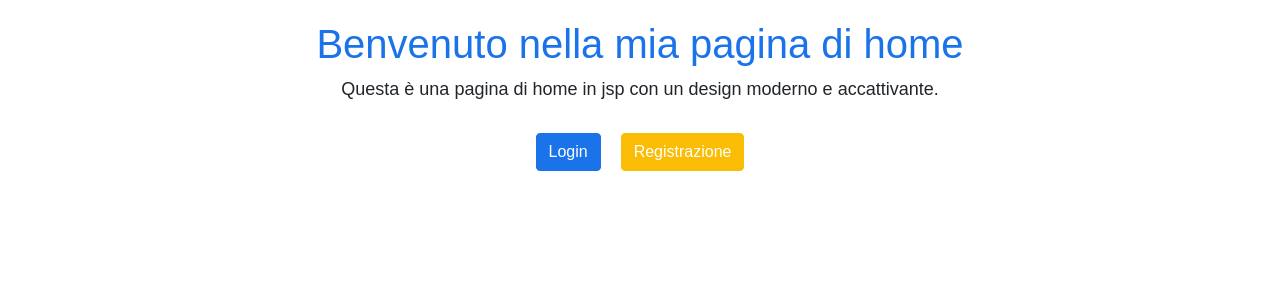
Repository: GabrielCellammare/WebApplication-SA-CyberSecurity
Page: http://localhost/WebProject-CellammareGabriel_ApplicationSecurity_/userNotLogged/index.jsp
The author's editor kept a copy of each file at every save. The page is drawn from the files as they stood at one save, then again after a run of saves.
The browser window is 1280 px wide. The pictures show the whole page.
The page is served by Tomcat 9. Nobody is signed in. The application's start-up code is not run. Other server files are loaded and not shown.

Above is the page before, as saved 2024-01-12 11:25:39.
Not found: WebProject-CellammareGabriel(ApplicationSecurity)/WebProject-CellammareGabriel_ApplicationSecurity_/userNotLogged/images

### WebProject-CellammareGabriel(ApplicationSecurity)/WebContent/userNotLogged/index.jsp
<%@ page language="java" contentType="text/html; charset=UTF-8" pageEncoding="UTF-8"%>
<!DOCTYPE html>
<html>
<head>
    <meta charset="UTF-8">
    <title>La mia pagina di home</title>
    <!-- Bootstrap CDN -->
    <link rel="stylesheet" href="https://stackpath.bootstrapcdn.com/bootstrap/4.5.2/css/bootstrap.min.css">
    <!-- Il mio file css -->
    <style><%@include file="/WEB-INF/css/style.css"%></style>
</head>
<body>
    <div class="container">
        <h1>Benvenuto nella mia pagina di home</h1>
        <p>Questa è una pagina di home in jsp con un design moderno e accattivante.</p>
        <div class="buttons">
            <a href="login.jsp" class="btn btn-primary">Login</a>
            <a href="register.jsp" class="btn btn-secondary">Registrazione</a>
        </div>
    </div>
</body>
</html>

### WebProject-CellammareGabriel(ApplicationSecurity)/WebContent/WEB-INF/css/style.css
@charset "ISO-8859-1";
/* Il mio file css */

/* Colori moderni */
:root {
    --primary-color: #1a73e8;
    --secondary-color: #fbbc05;
    --background-color: #f0f2f5;
}

/* Stili generali */
body {
    background-image: url(images/backgroundHome.png);
    /*background-size: cover; /* Cambia da 100% a cover */
    background-repeat: no-repeat;
    background-attachment: fixed;
    font-family: Arial, sans-serif;*/
}

.container {
    max-width: 800px;
    margin: 0 auto;
    padding: 20px;
    text-align: center; /* Aggiungi questo attributo */
}

h1 {
    color: var(--primary-color);
}

p {
    font-size: 18px;
    line-height: 1.5;
}

.buttons {
    display: flex;
    justify-content: center;
    margin-top: 20px;
}

.btn {
    margin: 10px;
}

.btn-primary {
    background-color: var(--primary-color);
    border-color: var(--primary-color);
}

.btn-secondary {
    background-color: var(--secondary-color);
    border-color: var(--secondary-color);
}

After the next 2 saves:
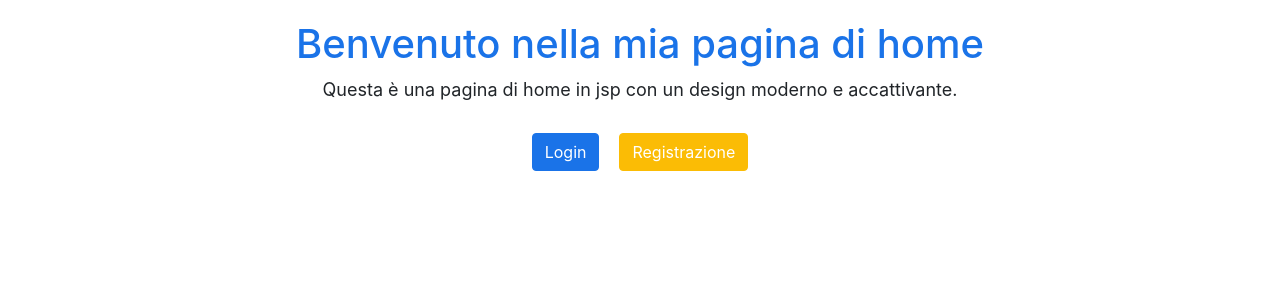
The 2 saves are shown as one change because they came seconds apart.
The last was saved 7 s later.
--- a/WebProject-CellammareGabriel(ApplicationSecurity)/WebContent/WEB-INF/css/style.css
+++ b/WebProject-CellammareGabriel(ApplicationSecurity)/WebContent/WEB-INF/css/style.css
@@ -12,9 +12,10 @@
 body {
     background-image: url(images/backgroundHome.png);
     /*background-size: cover; /* Cambia da 100% a cover */
-    background-repeat: no-repeat;
+    /*background-repeat: no-repeat;
     background-attachment: fixed;
-    font-family: Arial, sans-serif;*/
+    font-family: Arial, sans-serif;
+    */
 }
 
 .container {

After the save that followed:
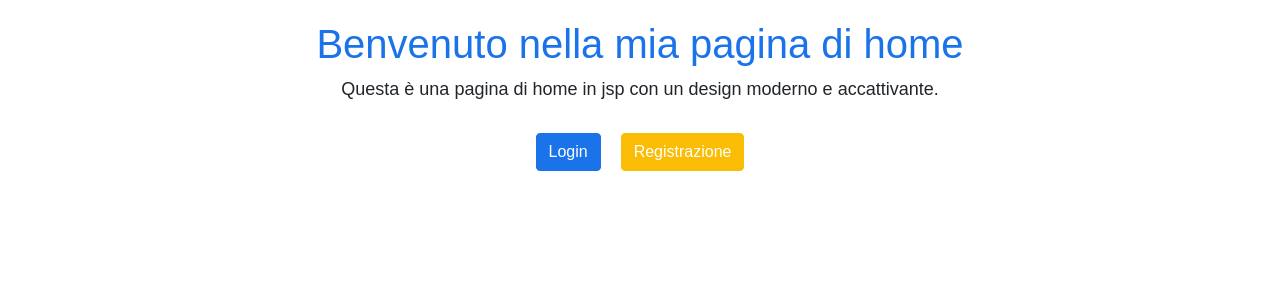
Saved 7 s later.
--- a/WebProject-CellammareGabriel(ApplicationSecurity)/WebContent/WEB-INF/css/style.css
+++ b/WebProject-CellammareGabriel(ApplicationSecurity)/WebContent/WEB-INF/css/style.css
@@ -12,7 +12,7 @@
 body {
     background-image: url(images/backgroundHome.png);
     /*background-size: cover; /* Cambia da 100% a cover */
-    /*background-repeat: no-repeat;
+    background-repeat: no-repeat;
     background-attachment: fixed;
     font-family: Arial, sans-serif;
     */
